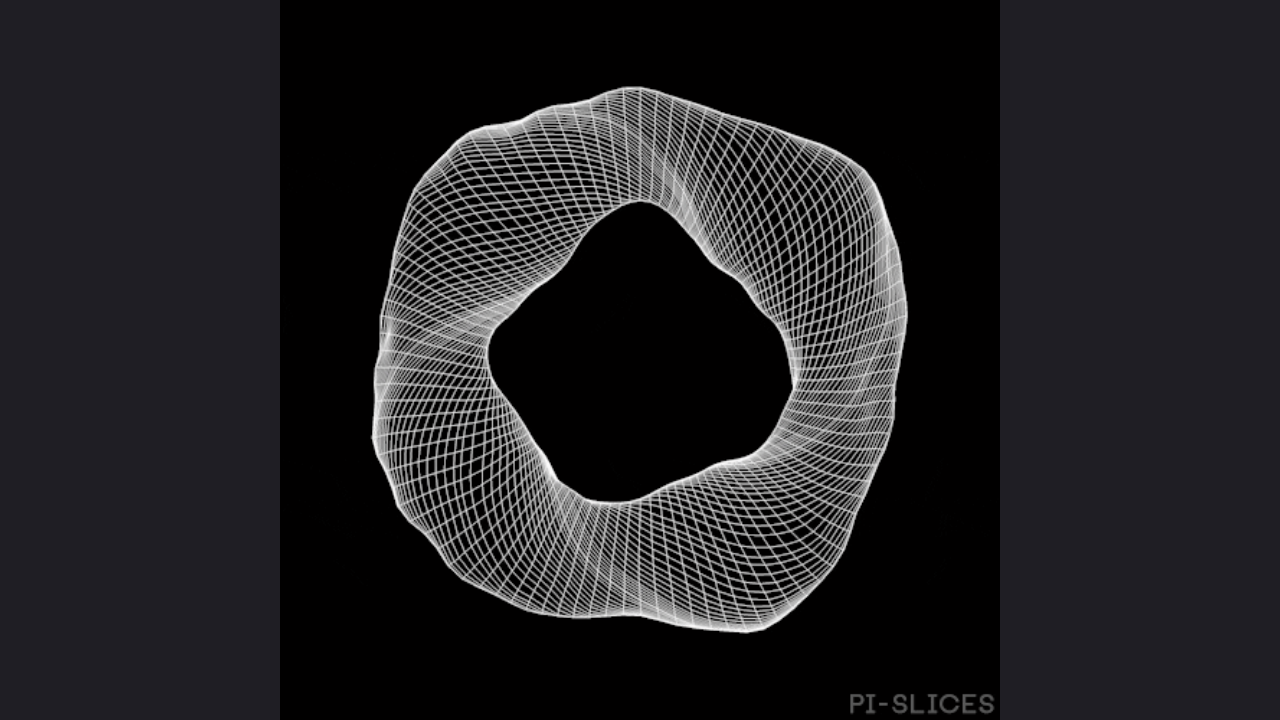
Repository: Csiddharth7906/MovieAppUpdatedVersion
Page: / (app in MVXC-MovieWebApplication/)
The author's editor kept a copy of each file at every save. The page is drawn from the files as they stood at one save, then again after the next save.
The browser window is 1280 px wide. The pictures show the whole page.
The page's requests for data from a server got no answer. Some web libraries are served in a nearby version. The project was rebuilt for these pictures with package versions that can differ from the ones it lists, and the page was loaded fresh each time. No one was signed in, and anything a server would have sent is missing. Also part of the build but not shown: MVXC-MovieWebApplication/vite.config.js, MVXC-MovieWebApplication/src/templates/Sidenav.jsx, MVXC-MovieWebApplication/src/templates/Topnav.jsx, MVXC-MovieWebApplication/src/templates/Header.jsx, MVXC-MovieWebApplication/src/templates/DropDown.jsx, MVXC-MovieWebApplication/src/templates/HorizontalCards.jsx.

Above is the page before, as saved 2025-06-18 10:49:53.

After the next save:
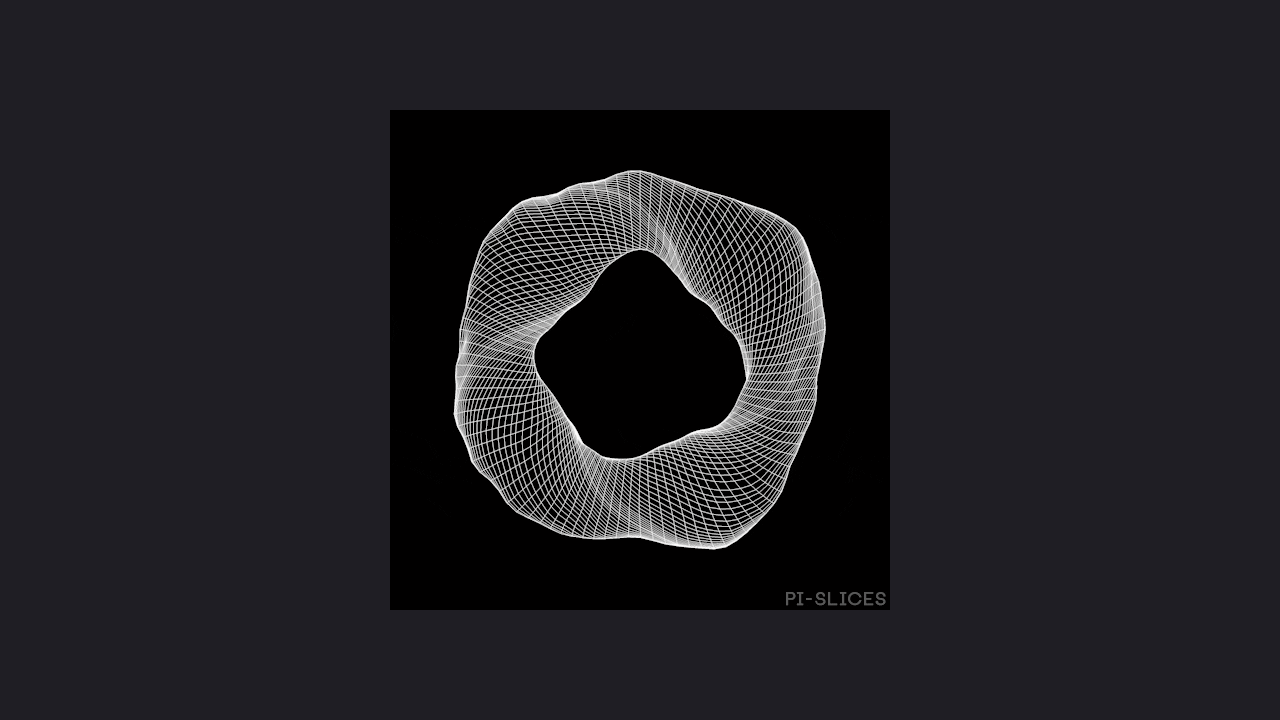
Saved 5 s later.
--- a/MVXC-MovieWebApplication/src/components/Loading.jsx
+++ b/MVXC-MovieWebApplication/src/components/Loading.jsx
@@ -2,7 +2,7 @@ import loader  from '/loader.gif'
 
 const Loading = () => {
   return (
-    <div className='w-full h-full flex justify-center '>
+    <div className='w-full h-full flex justify-center items-center '>
         <img src={loader} alt="" />
     </div>
   )
